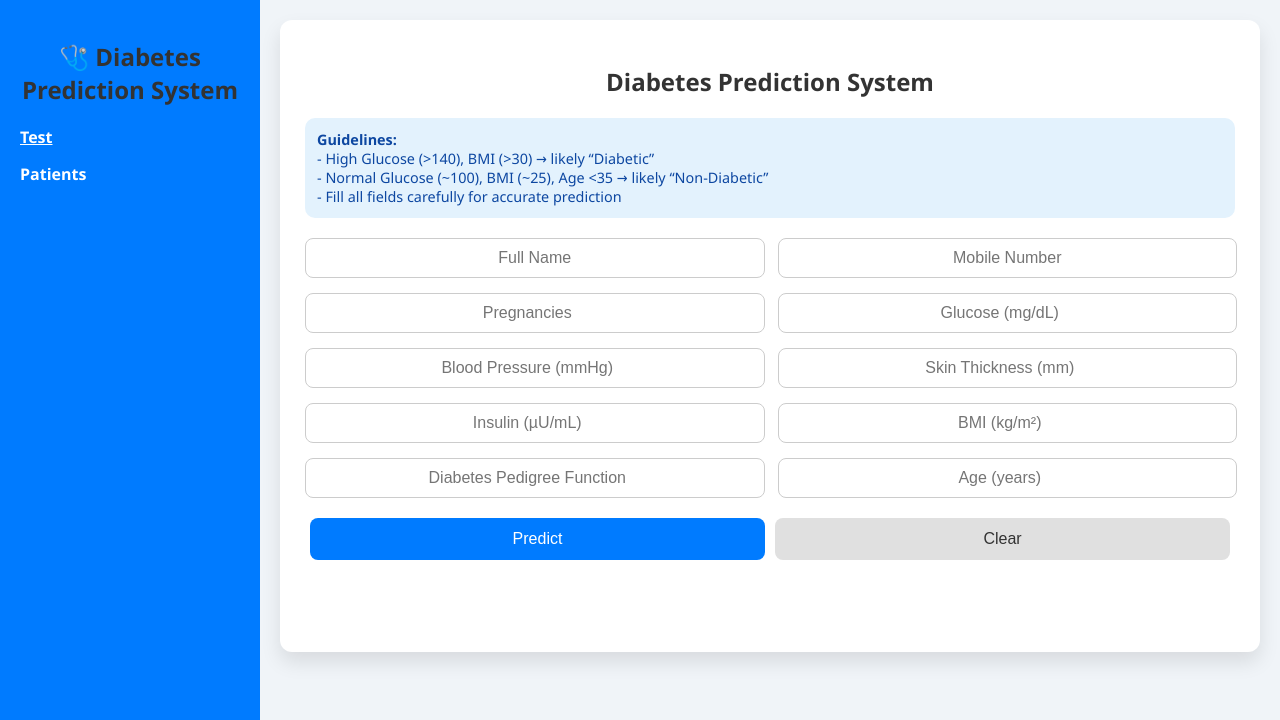
Repository: Aman14150/diabetes-prediction-system
Page: http://localhost/
An editor plug-in stored every save of this project. The page is shown before and after the next save, followed by the edit.
The browser window is 1280 px wide. The pictures show the whole page.
The page is served by the project's application, run on Flask 3 (app.py).

Above is the page before, as saved 2025-10-07 19:44:27.

### templates/index.html
<!DOCTYPE html>
<html lang="en">
<head>
    <meta charset="UTF-8">
    <title>Diabetes Prediction</title>
    <link rel="stylesheet" href="{{ url_for('static', filename='style.css') }}">
</head>
<body>
    <div class="container">
        <aside class="sidebar">
            <h2>🩺 Diabetes Prediction System</h2>
            <ul>
                <li><a href="/" class="{% if not show_patients %}active{% endif %}">Test</a></li>
                <li><a href="/patients" class="{% if show_patients %}active{% endif %}">Patients</a></li>
            </ul>
        </aside>

        <main class="content">
            {% if not show_patients %}
            <!-- Test Form -->
            <div class="card">
                <h2>Diabetes Prediction System</h2>
                <div class="guidelines">
                    <strong>Guidelines:</strong><br>
                    - High Glucose (>140), BMI (>30) → likely “Diabetic”<br>
                    - Normal Glucose (~100), BMI (~25), Age <35 → likely “Non-Diabetic”<br>
                    - Fill all fields carefully for accurate prediction
                </div>

                <form id="diabetesForm" action="/predict" method="post">
                    <input type="text" name="name" placeholder="Full Name" required>
                    <input type="tel" name="mobile" placeholder="Mobile Number" required>
                    <input type="number" name="Pregnancies" placeholder="Pregnancies" step="any" required>
                    <input type="number" name="Glucose" placeholder="Glucose (mg/dL)" step="any" required>
                    <input type="number" name="BloodPressure" placeholder="Blood Pressure (mmHg)" step="any" required>
                    <input type="number" name="SkinThickness" placeholder="Skin Thickness (mm)" step="any" required>
                    <input type="number" name="Insulin" placeholder="Insulin (µU/mL)" step="any" required>
                    <input type="number" name="BMI" placeholder="BMI (kg/m²)" step="any" required>
                    <input type="number" name="DiabetesPedigreeFunction" placeholder="Diabetes Pedigree Function" step="any" required>
                    <input type="number" name="Age" placeholder="Age (years)" step="any" required>

                    <div class="button-group">
                        <button type="submit" id="predictBtn">Predict</button>
                        <button type="button" id="clearBtn">Clear</button>
                    </div>

                    {% if prediction_text %}
                    <div class="prediction">{{ prediction_text }}</div>
                    {% else %}
                    <div class="prediction">&nbsp;</div>
                    {% endif %}
                </form>
            </div>

            {% else %}
            <!-- Patients Table -->
            <div class="card">
                <h2>Patients List</h2>
                <table>
                    <thead>
                        <tr>
                            {% for col in patient_columns %}
                            <th>{{ col|capitalize }}</th>
                            {% endfor %}
                        </tr>
                    </thead>
                    <tbody>
                        {% for row in patient_data %}
                        <tr>
                            {% for item in row %}
                            <td>{{ item }}</td>
                            {% endfor %}
                        </tr>
                        {% endfor %}
                    </tbody>
                </table>
            </div>
            {% endif %}
        </main>
    </div>

    <script>
        document.getElementById('clearBtn')?.addEventListener('click', function () {
            document.getElementById('diabetesForm')?.reset();
        });
    </script>
</body>
</html>

### app.py
from flask import Flask, render_template, request
import joblib
import numpy as np
import pandas as pd
import mysql.connector

app = Flask(__name__)

# MySQL Connection
db = mysql.connector.connect(
    host="127.0.0.1",
    port=3307,
    user="amanR",
    password="Mysql@150",
    database="diabetes_db"
)
cursor = db.cursor()
print("Database Connected successfully ✅")

# Load model & scaler
model = joblib.load("diabetes_model.pkl")
scaler = joblib.load("scaler.pkl")

@app.route('/')
def home():
    return render_template('index.html', prediction_text=None, show_patients=False)

@app.route('/predict', methods=['POST'])
def predict():
    try:
        # Personal info
        name = request.form['name']
        mobile = request.form['mobile']

        # Health data
        data = [float(request.form[key]) for key in [
            "Pregnancies","Glucose","BloodPressure","SkinThickness",
            "Insulin","BMI","DiabetesPedigreeFunction","Age"
        ]]
        input_df = pd.DataFrame([data], columns=[
            "Pregnancies","Glucose","BloodPressure","SkinThickness",
            "Insulin","BMI","DiabetesPedigreeFunction","Age"
        ])
        scaled_input = scaler.transform(input_df)
        prediction = model.predict(scaled_input)[0]
        result = "Diabetic" if prediction == 1 else "Non-Diabetic"

        # Save to MySQL
        sql = """INSERT INTO patients
                 (name, mobile, pregnancies, glucose, blood_pressure, skin_thickness, insulin, bmi, dpf, age, prediction)
                 VALUES (%s,%s,%s,%s,%s,%s,%s,%s,%s,%s,%s)"""
        cursor.execute(sql, (name, mobile, *data, result))
        db.commit()

        return render_template('index.html', prediction_text=f"Prediction: 🩺 {result}", show_patients=False)

    except Exception as e:
        return render_template('index.html', prediction_text=f"Error: {str(e)}", show_patients=False)

@app.route('/patients')
def patients():
    cursor.execute("SELECT * FROM patients")
    rows = cursor.fetchall()
    columns = [desc[0] for desc in cursor.description]
    return render_template('index.html', patient_data=rows, patient_columns=columns, show_patients=True)

if __name__ == '__main__':
    app.run(debug=True)

### static/style.css
body {
    font-family: 'Segoe UI', Tahoma, Geneva, Verdana, sans-serif;
    margin: 0;
    padding: 0;
    background: #f0f4f8;
}

.container {
    display: flex;
    min-height: 100vh;
}

.sidebar {
    width: 220px;
    background: #007BFF;
    color: white;
    padding: 20px;
}

.sidebar h2 {
    text-align: center;
    margin-bottom: 20px;
}

.sidebar ul {
    list-style: none;
    padding: 0;
}

.sidebar ul li {
    margin: 15px 0;
}

.sidebar ul li a {
    color: white;
    text-decoration: none;
    font-weight: bold;
}

.sidebar ul li a.active, .sidebar ul li a:hover {
    text-decoration: underline;
}

.content {
    flex: 1;
    padding: 20px;
}

.card {
    background: white;
    padding: 25px;
    border-radius: 12px;
    box-shadow: 0 10px 20px rgba(0,0,0,0.1);
}

h2 {
    text-align: center;
    color: #333;
}

.guidelines {
    background-color: #e3f2fd;
    color: #0d47a1;
    padding: 12px;
    border-radius: 10px;
    margin-bottom: 20px;
    font-size: 0.9rem;
    text-align: left;
}

form {
    display: grid;
    grid-template-columns: 1fr 1fr;
    gap: 15px;
}

input {
    width: 100%;
    padding: 10px 0px;
    border-radius: 8px;
    border: 1px solid #ccc;
    font-size: 1rem;
    text-align: center;
}

input:focus {
    outline: none;
    border-color: #007BFF;
    box-shadow: 0 0 5px rgba(0,123,255,0.5);
}

.button-group {
    grid-column: span 2;
    display: flex;
    justify-content: space-between;
}

button {
    padding: 12px;
    font-size: 1rem;
    border-radius: 8px;
    border: none;
    cursor: pointer;
    flex: 1;
    margin: 5px;
    transition: background-color 0.3s ease;
}

#predictBtn {
    background-color: #007BFF;
    color: white;
}

#predictBtn:hover {
    background-color: #0056b3;
}

#clearBtn {
    background-color: #e0e0e0;
    color: #333;
}

#clearBtn:hover {
    background-color: #bdbdbd;
}

.prediction {
    grid-column: span 2;
    text-align: center;
    margin-top: 20px;
    font-size: 1.2rem;
    font-weight: bold;
    color: #007BFF;
}

table {
    width: 100%;
    border-collapse: collapse;
}

table, th, td {
    border: 1px solid #ccc;
}

th, td {
    padding: 10px;
    text-align: center;
}

th {
    background: #007BFF;
    color: white;
}

After the next save:
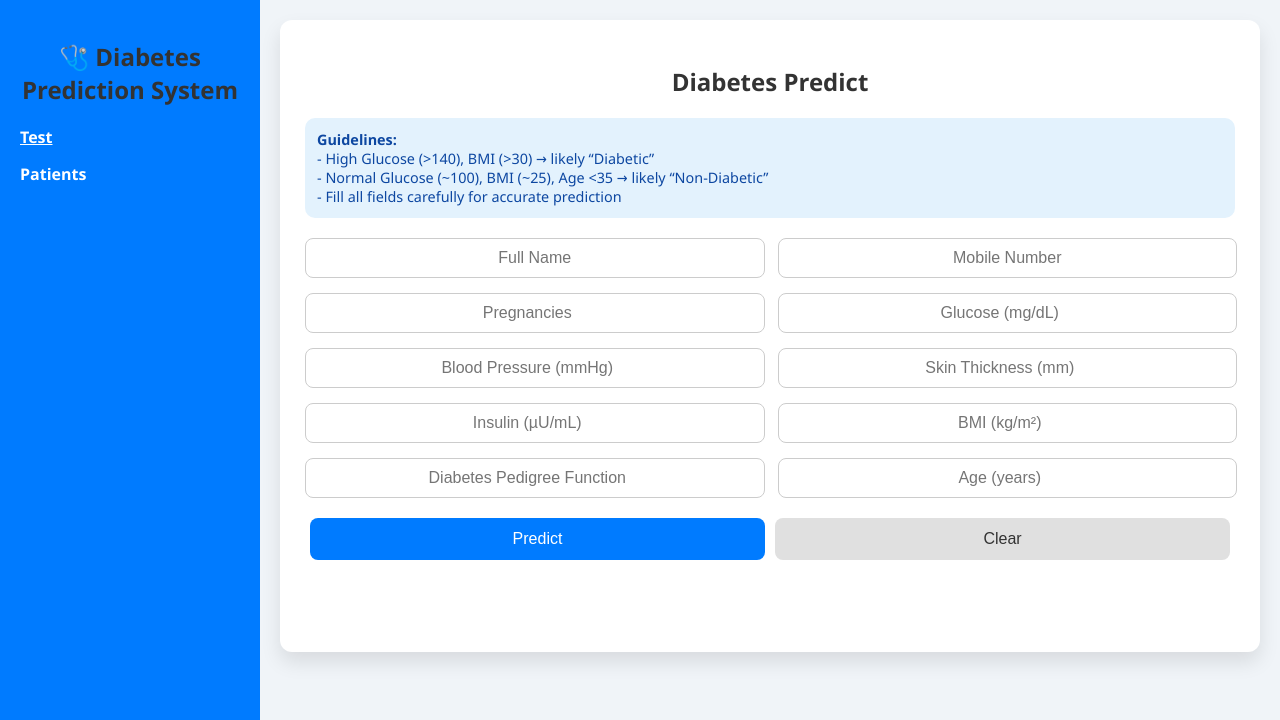
Saved 17 s later.
--- a/templates/index.html
+++ b/templates/index.html
@@ -19,7 +19,7 @@
             {% if not show_patients %}
             <!-- Test Form -->
             <div class="card">
-                <h2>Diabetes Prediction System</h2>
+                <h2>Diabetes Predict</h2>
                 <div class="guidelines">
                     <strong>Guidelines:</strong><br>
                     - High Glucose (>140), BMI (>30) → likely “Diabetic”<br>
